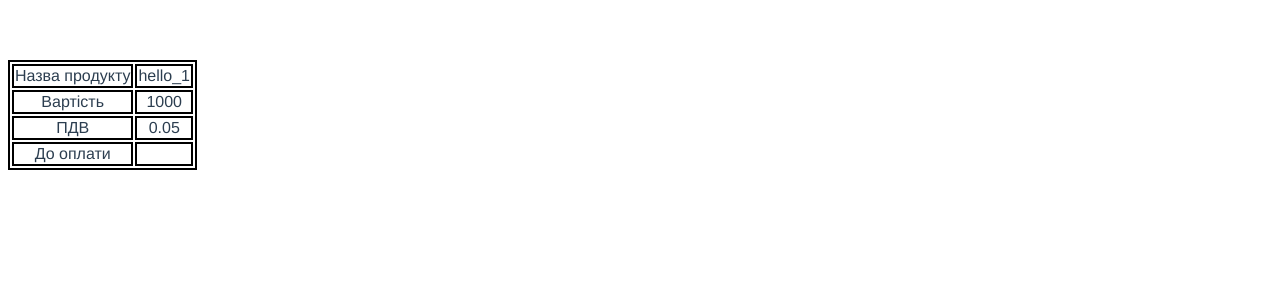
Repository: AnatoliyZaporozhets/HomeTask
Page: / (app in HomeWork_1/)
The author's editor kept a copy of each file at every save. The page is drawn from the files as they stood at one save, then again after the next save.
The browser window is 1280 px wide. The pictures show the whole page.
The project was rebuilt for these pictures with package versions that can differ from the ones it lists, and the page was loaded fresh each time.

Above is the page before, as saved 2022-04-08 15:47:09.

### HomeWork_1/src/App.vue
<template>
  <div>
    <!-- <img alt="Vue logo" src="./assets/logo.png" /> -->
    <!-- 3. Використовуємо -->
    <products-list :product-list-data="listData" />
  </div>
</template>

<script>
//1.Імпортуємо компонент
import ProductsList from './components/ProductsList'
export default {
  name: 'App',
  components: {
    //2.Реєструємо
    ProductsList,
  },

  data() {
    return {
      listData: [
        {
          id: 1,
          productName: 'hello_1',
          price: 1000,

        },
      ],
    }
  },
}
</script>

<style>
#app {
  font-family: Avenir, Helvetica, Arial, sans-serif;
  -webkit-font-smoothing: antialiased;
  -moz-osx-font-smoothing: grayscale;
  text-align: center;
  color: #2c3e50;
  margin-top: 60px;
}
</style>

### HomeWork_1/src/components/ProductsList/index.vue
<template>
  <div class="list-container">
    <product-card
      v-for="product in productListData"
      :key="product.id"
      :productName="product.productName"
      :price="product.price"
      :pdv="product.pdv"
    />
  </div>
</template>

<script>
import ProductCard from './ProductCard'
export default {
  name: 'ProductList',

  components: {
    ProductCard,
  },

  props: {
    productListData: {
      type: Array,
      default: () => [], //Якщо об"єкт - то функція, що повертає значення
    },
  },
}
</script>

<style lang="css" scoped>
.list-container {
  display: flex;
}
</style>

### HomeWork_1/src/components/ProductsList/ProductCard/index.vue
<template>
  <div class="container">
    <table>
        <tr>
            <td>Назва продукту</td>
            <td>{{productName}}</td>
        </tr>
        <tr>
            <td>Вартість</td>
            <td>{{price}}</td>
        </tr>
        <tr>
            <td>ПДВ</td>
            <td>{{pdv}}</td>
        </tr>
        <tr>
            <td>До оплати</td>
            <td>{{}}</td>
        </tr>
    </table>
  </div>
</template>

<script>
export default {
  name: 'ProductCard',

  props: {
    productName: {
      type: String,
      required: true,
    },
    price: {
      type: Number,
      required: true,
    },
    pdv: {
      type: Number,
      default: 0.05, //Обов"язковий параметр
    },
  },
}
</script>

<style lang="css" scoped>
.container{
    border: 2px solid black;
}
td{
  border: 2px solid black;
}
</style>

Loaded but not shown: HomeWork_1/public/index.html (common file); HomeWork_1/src/main.js (common file)

After the next save:
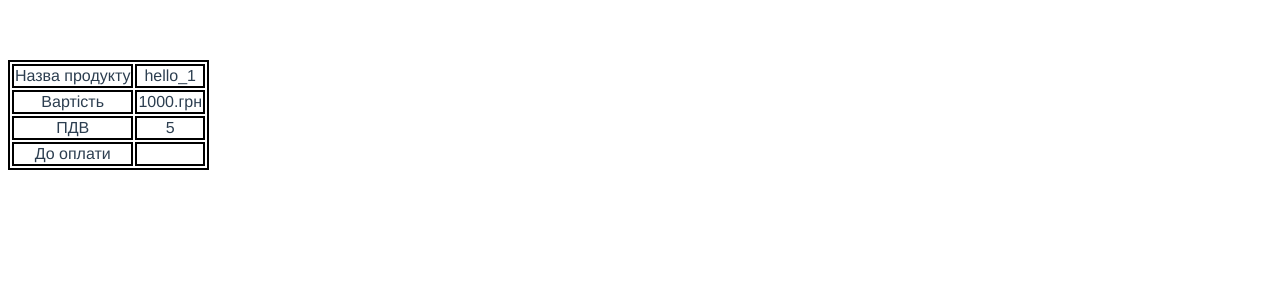
Saved 76 s later.
--- a/HomeWork_1/src/components/ProductsList/ProductCard/index.vue
+++ b/HomeWork_1/src/components/ProductsList/ProductCard/index.vue
@@ -7,7 +7,7 @@
         </tr>
         <tr>
             <td>Вартість</td>
-            <td>{{price}}</td>
+            <td>{{price}}.грн</td>
         </tr>
         <tr>
             <td>ПДВ</td>
@@ -36,7 +36,7 @@ export default {
     },
     pdv: {
       type: Number,
-      default: 0.05, //Обов"язковий параметр
+      default: 5, //Обов"язковий параметр
     },
   },
 }
